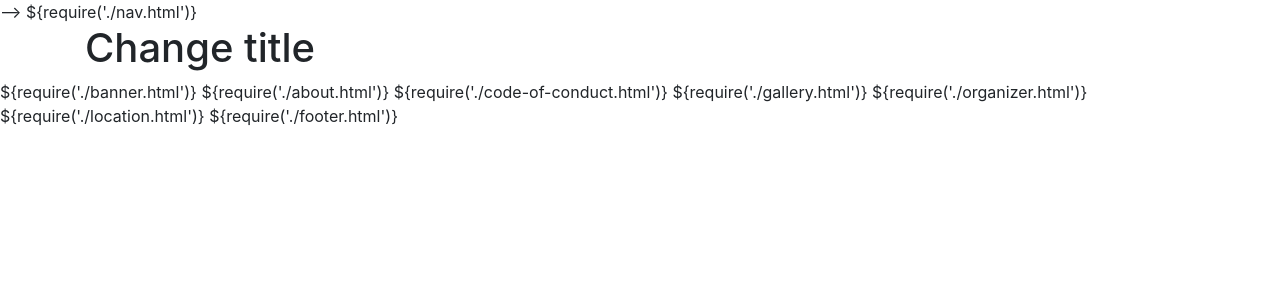
Repository: pyladiesbkk/pyladies-web
Page: src/index.html
These files come from the project's save history. The page is drawn as it stood at one moment and after the next save; the edit follows.
The browser window is 1280 px wide. The pictures show the whole page.
Some web libraries are served in a nearby version.

Above is the page before, as saved 2019-10-20 14:23:02.

### src/index.html
<!DOCTYPE html>
<html lang="en">
<head>
  <meta charset="UTF-8">
  <meta name="viewport" content="width=device-width, initial-scale=1.0">
  <meta http-equiv="X-UA-Compatible" content="ie=edge">
  <!-- <meta name="msapplication-config" content="/favicon.ico/browserconfig.xml"> -->
  <!-- <link rel="icon" href="/favicon.ico/favicon.ico">
<!--   <link rel="icon" type="image/png" href="/favicon.ico/favicon-16x16.png" sizes="16x16">
  <link rel="icon" type="image/png" href="/favicon.ico/favicon-32x32.png" sizes="32x32">
  <link rel="icon" type="image/png" href="/favicon.ico/favicon-96x96.png" sizes="96x96">
  <link rel="shortcut icon" type="image/png" rel="apple-touch-icon" sizes="57x57" href="/favicon.ico/apple-icon-57x57.png">
  <link rel="shortcut icon" type="image/png" rel="apple-touch-icon" sizes="60x60" href="/favicon.ico/apple-icon-60x60.png">
  <link rel="shortcut icon" type="image/png" rel="apple-touch-icon" sizes="72x72" href="/favicon.ico/apple-icon-72x72.png">
  <link rel="shortcut icon" type="image/png" rel="apple-touch-icon" sizes="76x76" href="/favicon.ico/apple-icon-76x76.png">
  <link rel="shortcut icon" type="image/png" rel="apple-touch-icon" sizes="114x114" href="/favicon.ico/apple-icon-114x114.png">
  <link rel="shortcut icon" type="image/png" rel="apple-touch-icon" sizes="120x120" href="/favicon.ico/apple-icon-120x120.png">
  <link rel="shortcut icon" type="image/png" rel="apple-touch-icon" sizes="144x144" href="/favicon.ico/apple-icon-144x144.png">
  <link rel="shortcut icon" type="image/png" rel="apple-touch-icon" sizes="152x152" href="/favicon.ico/apple-icon-152x152.png">
  <link rel="shortcut icon" type="image/png" rel="apple-touch-icon" sizes="180x180" href="/favicon.ico/apple-icon-180x180.png"> --> -->
<!--   <link rel="manifest" href="/favicon.ico/manifest.json"> -->
  <link rel="stylesheet" href="https://maxcdn.bootstrapcdn.com/bootstrap/4.0.0/css/bootstrap.min.css" integrity="sha384-Gn5384xqQ1aoWXA+058RXPxPg6fy4IWvTNh0E263XmFcJlSAwiGgFAW/dAiS6JXm" crossorigin="anonymous">
  <!-- <link rel="shortcut icon" type="image/png" href="/favicon.ico/apple-icon-180x180.png" /> -->
  <title>Pyladies BKK</title>
</head>
<body>
  ${require('./nav.html')}
  <div class="container">
    <h1>Change title</h1>
  </div>
  ${require('./banner.html')}
  ${require('./about.html')}
  ${require('./code-of-conduct.html')}
  ${require('./gallery.html')}
  ${require('./organizer.html')}
  ${require('./location.html')}
  ${require('./footer.html')}
  <script src="https://code.jquery.com/jquery-3.2.1.slim.min.js" integrity="sha384-KJ3o2DKtIkvYIK3UENzmM7KCkRr/rE9/Qpg6aAZGJwFDMVNA/GpGFF93hXpG5KkN" crossorigin="anonymous"></script>
  <script src="https://cdnjs.cloudflare.com/ajax/libs/popper.js/1.12.9/umd/popper.min.js" integrity="sha384-ApNbgh9B+Y1QKtv3Rn7W3mgPxhU9K/ScQsAP7hUibX39j7fakFPskvXusvfa0b4Q" crossorigin="anonymous"></script>
  <script src="https://maxcdn.bootstrapcdn.com/bootstrap/4.0.0/js/bootstrap.min.js" integrity="sha384-JZR6Spejh4U02d8jOt6vLEHfe/JQGiRRSQQxSfFWpi1MquVdAyjUar5+76PVCmYl" crossorigin="anonymous"></script>
</body>
</html>

After the next save:
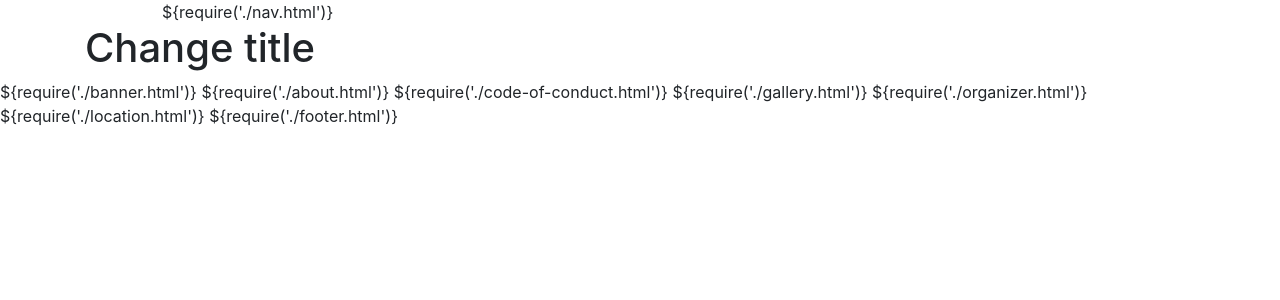
Saved 15 s later.
--- a/src/index.html
+++ b/src/index.html
@@ -5,8 +5,8 @@
   <meta name="viewport" content="width=device-width, initial-scale=1.0">
   <meta http-equiv="X-UA-Compatible" content="ie=edge">
   <!-- <meta name="msapplication-config" content="/favicon.ico/browserconfig.xml"> -->
-  <!-- <link rel="icon" href="/favicon.ico/favicon.ico">
-<!--   <link rel="icon" type="image/png" href="/favicon.ico/favicon-16x16.png" sizes="16x16">
+  <link rel="icon" href="/favicon.ico/favicon.ico">
+  <link rel="icon" type="image/png" href="/favicon.ico/favicon-16x16.png" sizes="16x16">
   <link rel="icon" type="image/png" href="/favicon.ico/favicon-32x32.png" sizes="32x32">
   <link rel="icon" type="image/png" href="/favicon.ico/favicon-96x96.png" sizes="96x96">
   <link rel="shortcut icon" type="image/png" rel="apple-touch-icon" sizes="57x57" href="/favicon.ico/apple-icon-57x57.png">
@@ -17,7 +17,7 @@
   <link rel="shortcut icon" type="image/png" rel="apple-touch-icon" sizes="120x120" href="/favicon.ico/apple-icon-120x120.png">
   <link rel="shortcut icon" type="image/png" rel="apple-touch-icon" sizes="144x144" href="/favicon.ico/apple-icon-144x144.png">
   <link rel="shortcut icon" type="image/png" rel="apple-touch-icon" sizes="152x152" href="/favicon.ico/apple-icon-152x152.png">
-  <link rel="shortcut icon" type="image/png" rel="apple-touch-icon" sizes="180x180" href="/favicon.ico/apple-icon-180x180.png"> --> -->
+  <link rel="shortcut icon" type="image/png" rel="apple-touch-icon" sizes="180x180" href="/favicon.ico/apple-icon-180x180.png">
 <!--   <link rel="manifest" href="/favicon.ico/manifest.json"> -->
   <link rel="stylesheet" href="https://maxcdn.bootstrapcdn.com/bootstrap/4.0.0/css/bootstrap.min.css" integrity="sha384-Gn5384xqQ1aoWXA+058RXPxPg6fy4IWvTNh0E263XmFcJlSAwiGgFAW/dAiS6JXm" crossorigin="anonymous">
   <!-- <link rel="shortcut icon" type="image/png" href="/favicon.ico/apple-icon-180x180.png" /> -->
